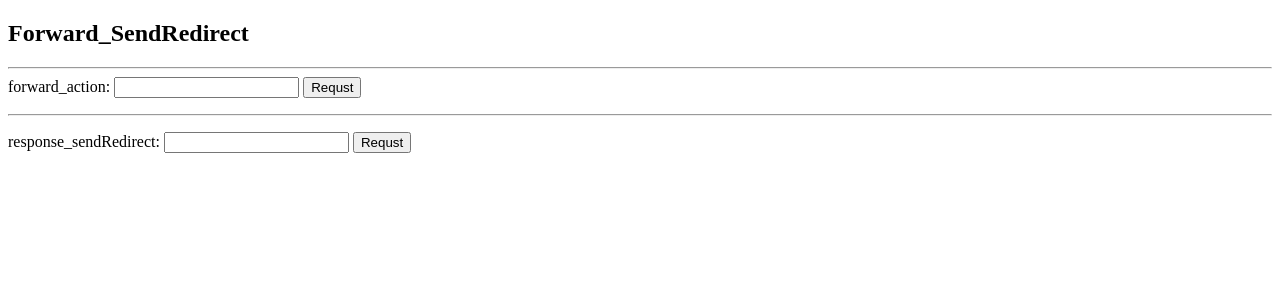
Repository: topblame/Bootcamp
Page: http://localhost/JSP_250408/chapter01/03_Page_Control.jsp
These files come from the project's save history. The page is drawn as it stood at one moment and after the next save; the edit follows.
The browser window is 1280 px wide. The pictures show the whole page.
The page is served by Tomcat 9.

Above is the page before, as saved 2025-06-24 05:47:18.

After the next save:
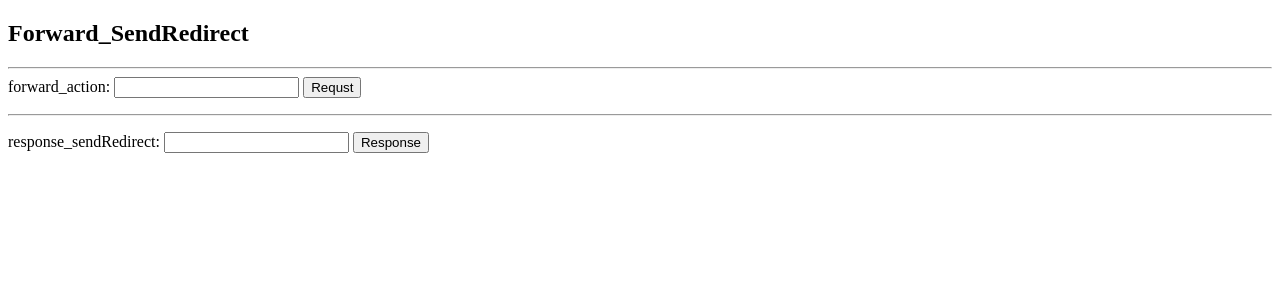
Saved 98 s later.
--- a/WebMvc/JSP_250408/src/main/webapp/chapter01/03_Page_Control.jsp
+++ b/WebMvc/JSP_250408/src/main/webapp/chapter01/03_Page_Control.jsp
@@ -10,15 +10,15 @@
 	<h2>Forward_SendRedirect</h2>
 	<hr />
 	<form action="forward_action.jsp" method = "post">
-		forward_action: <input type="text" name=username> <input
-			type="submit" value="Requst">
+		forward_action: <input type="text" name=username>
+		<input type="submit" value="Requst">
 	</form>
 	<p/>
 	<hr />
 	<p/>
 	<form action="response_sendRedirect.jsp" method = "post">
 		response_sendRedirect: <input type="text" name=username> <input
-			type="submit" value="Requst">
+			type="submit" value="Response">
 	</form>
 </body>
 </html>
